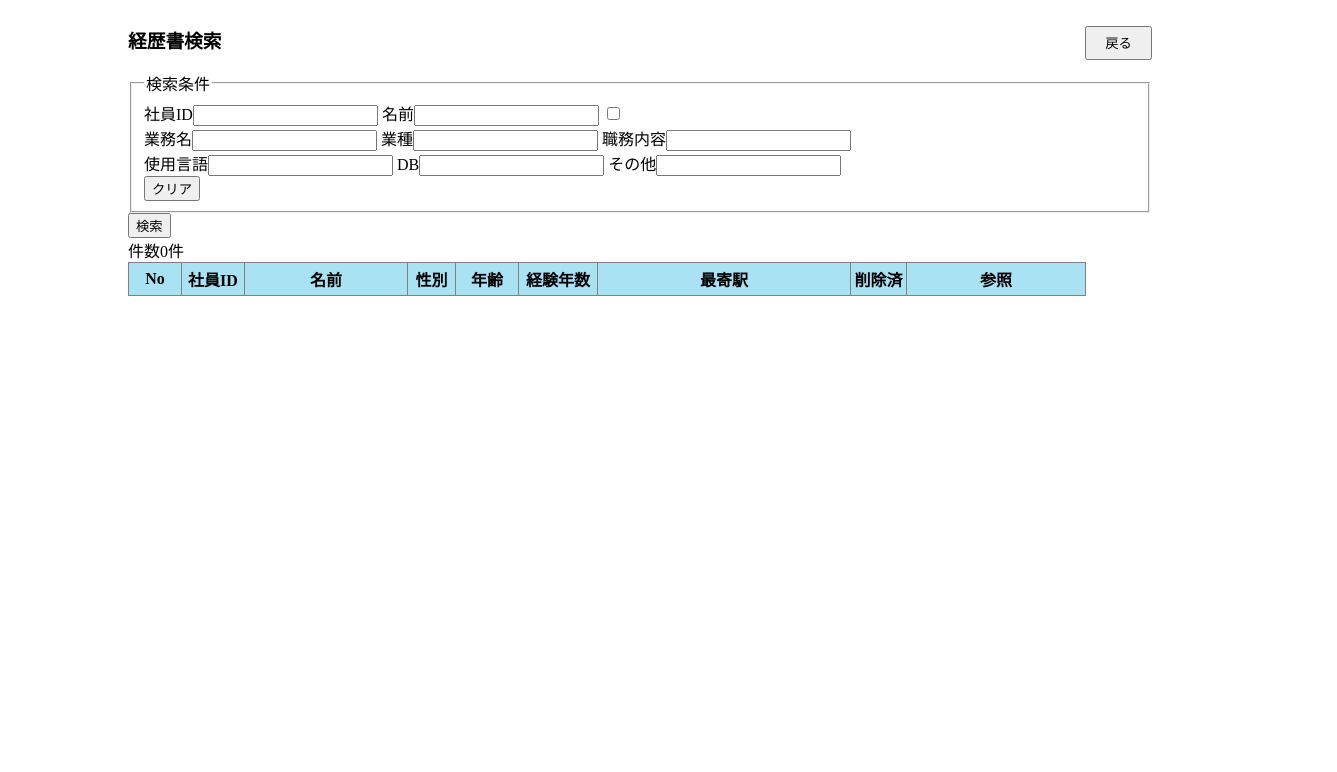
Repository: nguyenvantandev/WebApp
Page: http://localhost/EmployeeInfoSystem/ResumeSearch.jsp
These files come from the project's save history. The page is drawn as it stood at one moment and after the next save; the edit follows.
The browser window is 1280 px wide. The page is 1337 px wide, so the pictures cover 1337 px, including what lies to the right of the window. The pictures show the whole page.
Some web libraries are served in a nearby version. The page is served by Tomcat 9.

Above is the page before, as saved 2016-06-13 05:37:02.

After the next save:
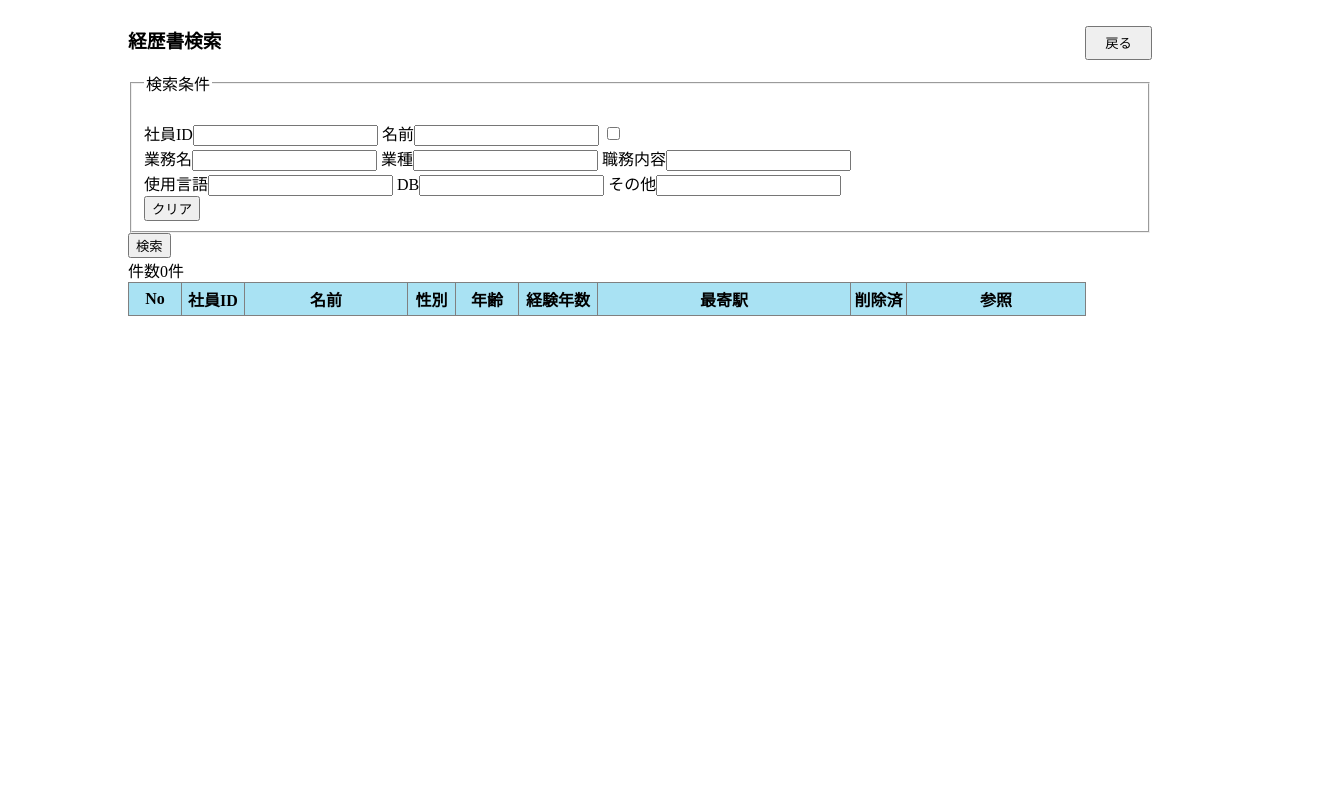
Saved 2 min 18 s later.
--- a/EmployeeInfoSystem/WebContent/css/ResumeSearch.css
+++ b/EmployeeInfoSystem/WebContent/css/ResumeSearch.css
@@ -44,7 +44,11 @@ tbody {
     height: 34px;
     margin-bottom: 10px;
 }
+legend {
+	    margin-top: 35px;
+    margin-bottom: 20px;
 
+}
 #label_shainId{
 
 }
